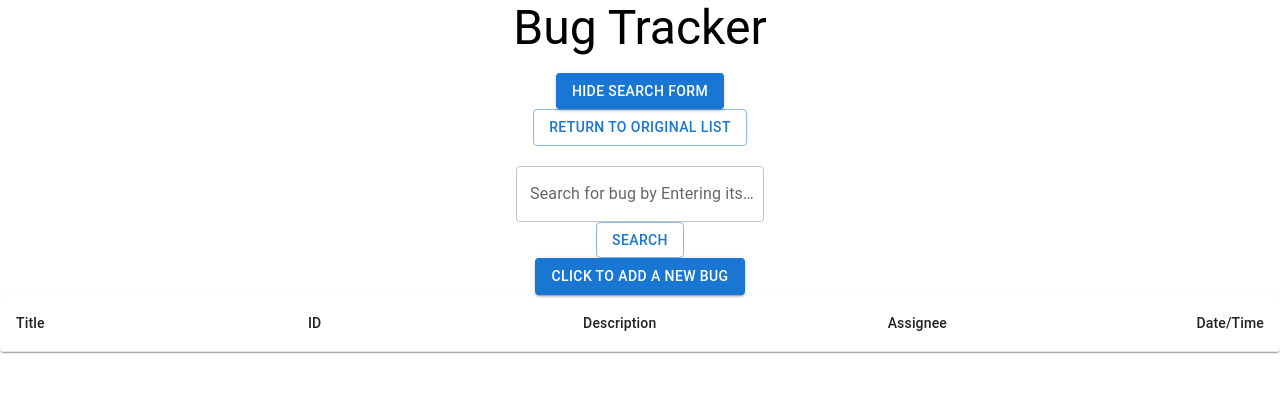
Repository: nj10deadend/RESTAPI-node-with-mongoDB
Page: /bug-table (app in client/frontend/), after clicking the first element matching `button.MuiButton-contained`
These files come from the project's save history. The page is drawn as it stood at one moment and after the next save; the edit follows.
The browser window is 1280 px wide. The pictures show the whole page.
The page's requests for data from a server got no answer. The project was rebuilt for these pictures with package versions that can differ from the ones it lists, and the page was loaded fresh each time. No one was signed in, and anything a server would have sent is missing. Also part of the build but not shown: client/frontend/src/components/BugTableCell.js, client/frontend/src/components/Signup.js.

Above is the page before, as saved 2021-12-31 18:10:56.

### client/frontend/src/index.css
body {
  margin: 0;
  font-family: -apple-system, BlinkMacSystemFont, 'Segoe UI', 'Roboto', 'Oxygen',
    'Ubuntu', 'Cantarell', 'Fira Sans', 'Droid Sans', 'Helvetica Neue',
    sans-serif;
  -webkit-font-smoothing: antialiased;
  -moz-osx-font-smoothing: grayscale;
}

code {
  font-family: source-code-pro, Menlo, Monaco, Consolas, 'Courier New',
    monospace;
}

.signup {
  border-color: lightblue;
  /* border-style: outset; */
}

### client/frontend/src/App.js
import './App.css';
import { BrowserRouter } from 'react-router-dom';
import { Routes, Route } from 'react-router-dom';
import axios from 'axios';
import Signup from './components/Signup';
import BugTable from './components/BugTable';

function App() {
  return (
    <div className="App">
      <BrowserRouter>
        <Routes>
          <Route path="*" element={<Signup />} />
          <Route path="/bug-table" element={<BugTable />} />
        </Routes>
      </BrowserRouter>
    </div>
  );
}

export default App;

### client/frontend/src/components/BugTable.js
import Button from '@mui/material/Button';
import SendIcon from '@material-ui/icons/Send';
import TextField from '@mui/material/TextField';
import Typography from '@mui/material/Typography';
import Box from '@mui/material/Box';
import Table from '@mui/material/Table';
import TableBody from '@mui/material/TableBody';
import TableCell from '@mui/material/TableCell';
import TableContainer from '@mui/material/TableContainer';
import TableHead from '@mui/material/TableHead';
import TableRow from '@mui/material/TableRow';
import Paper from '@mui/material/Paper';
import axios from 'axios';
import {useState, useEffect} from 'react';
import BugTableCell from './BugTableCell';
import BugSearch from './BugSearch';


function BugTable ({userFormData}) {

    const [user, setUser] = useState({});
    const [bugServer, setBugServer] = useState([]);
    const [clicked, setClicked] = useState(false);
    const [title, setTitle] = useState("");
    const [description, setDescription] = useState("");
    const [assignee, setAssignee] = useState("");



    // function getFetchCurrentUser () {
    //     axios.get(`http://localhost:8080/users/${userFormData.name}`)
    //         .then(res => {
    //         console.log(res.data);
    //         setUser(res.data)
    //     })
    // }
    // getFetchCurrentUser();

    function getFetchAllBugs () {
        axios.get(`http://localhost:8080/bugs`)
        .then(res => {
            // console.log(res.data);
            setBugServer(res.data)
        })
    }


    useEffect(getFetchAllBugs, []);

    async function postRequest () {
        return await axios.post(`http://localhost:8080/bugs`, {
            title: title,
            description: description,
            assignee: assignee
        })
        .then(function (response) {
            console.log(response);
            return response.data;
        })
        .catch(function (error) {
            console.log(error);
            return null;
        });

    }

    async function createBug (event) {
        event.preventDefault();
        setTitle("");
        setDescription("");
        setAssignee("");
        setClicked(!clicked);
        await postRequest();
        getFetchAllBugs();
    }


    const renderTableCells = bugServer.map(eachBug => {
        return (
            <BugTableCell key={eachBug._id} eachBug={eachBug} getFetchAllBugs={getFetchAllBugs} />
        )

    })

    const newBugBttnTxt = clicked ? "Hide Submission Form" : "Click to add a new bug"



    return (
        <div>
            {/* <p>Logged in as {user.name}</p> */}

            <Typography variant="h3" component="div" gutterBottom>Bug Tracker</Typography>

            <BugSearch getFetchAllBugs={getFetchAllBugs} setBugServer={setBugServer}/>

            <Button onClick={()=> setClicked(!clicked)} variant="contained">{newBugBttnTxt}</Button>
            {clicked && (
                <form onSubmit={createBug}>
                    <Box>
                        <label for="title">Title</label>
                        <br></br>
                        <br></br>
                        <TextField required id="titleInput" label="Enter general title for bug"
                        variant="outlined"
                        onChange={(event) => {setTitle(event.target.value)}}
                        value = {title}
                        />
                    </Box>
                    <Box>
                        <label for="description">Description</label>
                        <br></br>
                        <br></br>
                        <TextField required id="descInput" label="Enter description of issue/bug"
                        variant="outlined"
                        onChange={(event) => {setDescription(event.target.value)}}
                        value = {description}
                        />
                    </Box>
                    <Box>
                        <label for="assignee">Assignee</label>
                        <br></br>
                        <br></br>
                        <TextField required id="assigneeInput" label="Enter name of person assigned this bug (optional)"
                        variant="outlined"
                        onChange={(event) => {setAssignee(event.target.value)}}
                        value = {assignee}
                        />
                    </Box>

                    <Button variant="contained" endIcon={<SendIcon />} type="submit">Submit new bug</Button>
                </form>
            )}

            <TableContainer component={Paper}>
                <Table sx={{ minWidth: 650 }} aria-label="simple table">
                    <TableHead>
                        <TableRow>
                            <TableCell>Title</TableCell>
                            <TableCell align="right">ID</TableCell>
                            <TableCell align="right">Description</TableCell>
                            <TableCell align="right">Assignee</TableCell>
                            <TableCell align="right">Date/Time</TableCell>
                        </TableRow>
                    </TableHead>

                    <TableBody>
                        {renderTableCells}
                    </TableBody>
                </Table>

            </TableContainer>


        </div>
    )
}

export default BugTable;

### client/frontend/src/components/BugSearch.js
import {useState} from 'react';
import axios from 'axios';
import Button from '@mui/material/Button';
import TextField from '@mui/material/TextField';

function BugSearch ({getFetchAllBugs, setBugServer}) {

    const [searchId, setSearchId] = useState("");
    const [clicked, setClicked] = useState(false);

    const searchBugText = clicked ? "Hide Search Form" : "Click to Search for a Bug"

    function getFetchOneBug () {
        axios.get(`http://localhost:8080/bugs/${searchId}`)
          .then(res => {
            setBugServer([res.data])
        })

    }

    function onSearch(event) {
        event.preventDefault()
        setSearchId("");
        // getFetchAllBugs();
        getFetchOneBug();
    }

    return (
        <div>
            <Button className="bttns" variant="contained" onClick={() => {setClicked(!clicked)}}>{searchBugText}</Button>
            {clicked && (
                <div>
                    <Button onClick={() => getFetchAllBugs()} variant="outlined">Return to original list</Button>
                    <form onSubmit={onSearch}>
                        <br></br>
                        <TextField id="outlined-basic" label="Search for bug by Entering its ID"
                        variant="outlined"
                        onChange={(event) => {setSearchId(event.target.value)}}
                        value = {searchId}
                        />
                        <br></br>
                        <Button variant="outlined" type="submit">Search</Button>
                    </form>

                </div>
            )}
        </div>
    )
}

export default BugSearch;

Loaded but not shown: client/frontend/public/index.html (common file); client/frontend/src/index.js (common file); client/frontend/src/reportWebVitals.js (common file); client/frontend/src/App.css (common file)

After the next save:
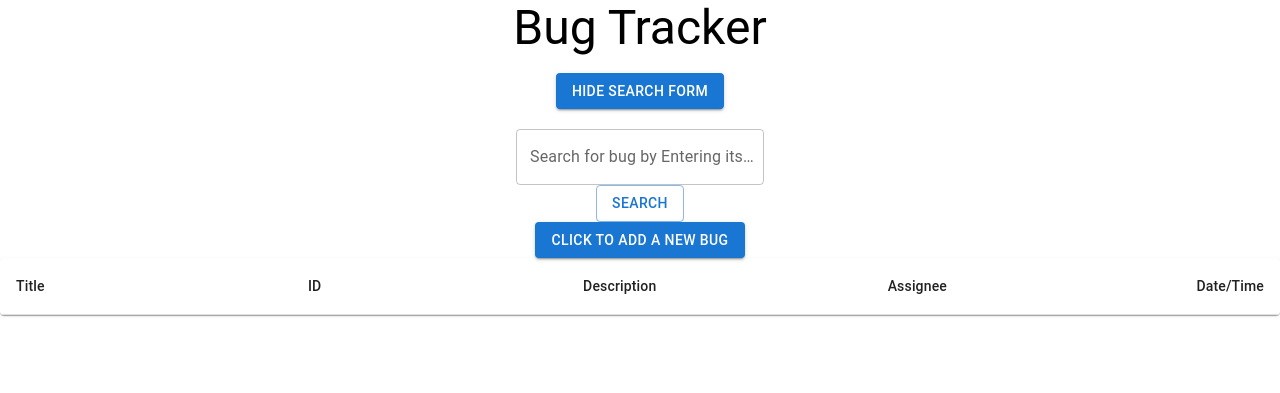
Saved 35 s later.
--- a/client/frontend/src/components/BugSearch.js
+++ b/client/frontend/src/components/BugSearch.js
@@ -30,7 +30,6 @@ function BugSearch ({getFetchAllBugs, setBugServer}) {
             <Button className="bttns" variant="contained" onClick={() => {setClicked(!clicked)}}>{searchBugText}</Button>
             {clicked && (
                 <div>
-                    <Button onClick={() => getFetchAllBugs()} variant="outlined">Return to original list</Button>
                     <form onSubmit={onSearch}>
                         <br></br>
                         <TextField id="outlined-basic" label="Search for bug by Entering its ID"
